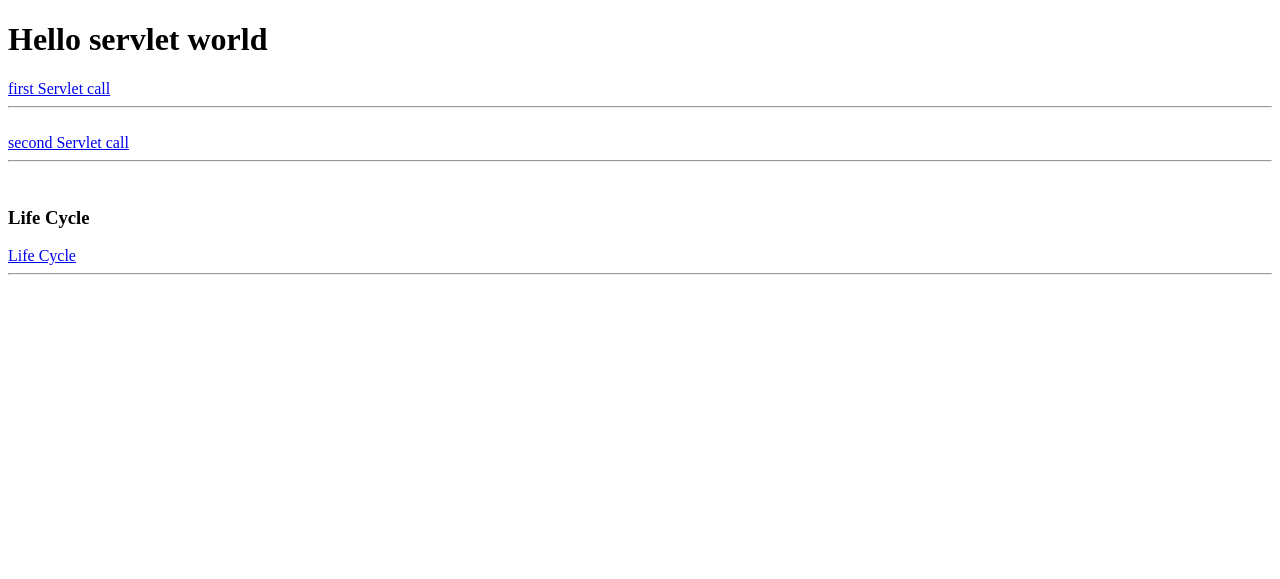
Repository: pcc767/khSchool
Page: dev-source_Servlet/01_ServletBasic/src/main/webapp/index.html
An editor plug-in stored every save of this project. The page is shown before and after the next save, followed by the edit.
The browser window is 1280 px wide. The pictures show the whole page.

Above is the page before, as saved 2022-07-11 11:15:41.

### dev-source_Servlet/01_ServletBasic/src/main/webapp/index.html
<!DOCTYPE html>
<html>
<head>
<meta charset="UTF-8">
<title>Insert title here</title>
</head>
<body>
	<h1>Hello servlet world</h1>

	<a href="first.do">first Servlet call</a>
	<hr><br>
	<a href="second.do">second Servlet call</a>
	<hr><br>

	<h3>Life Cycle</h3>
	<a href="life.do">Life Cycle</a>
	<hr><br>

</body>
</html>

After the next save:
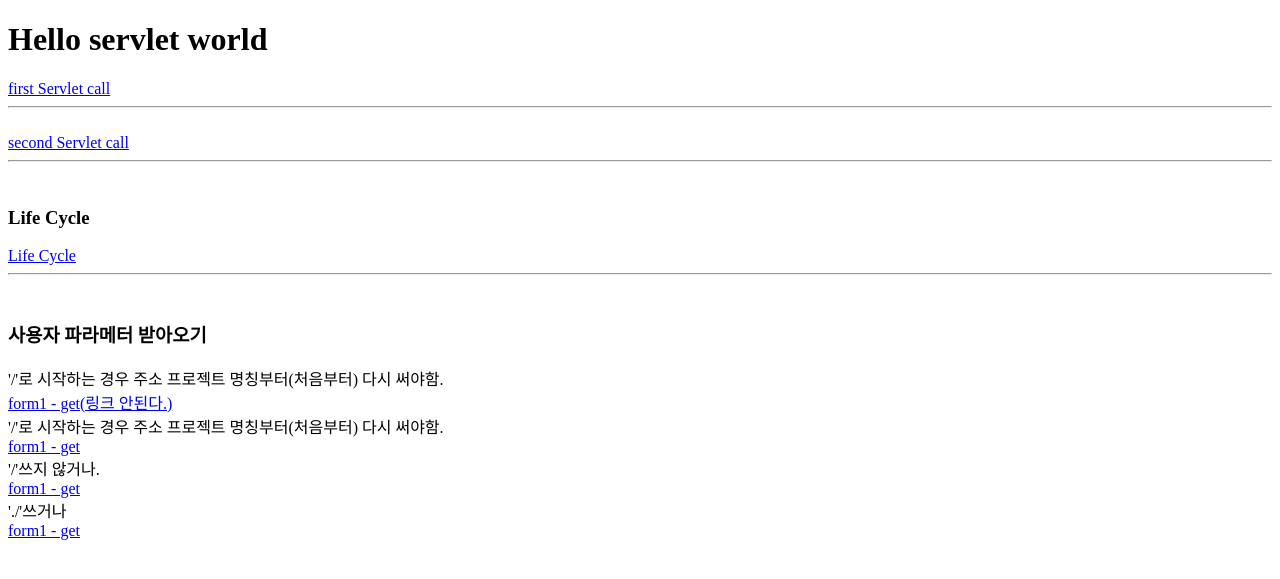
Saved 5 min 44 s later.
--- a/dev-source_Servlet/01_ServletBasic/src/main/webapp/index.html
+++ b/dev-source_Servlet/01_ServletBasic/src/main/webapp/index.html
@@ -16,5 +16,18 @@
 	<a href="life.do">Life Cycle</a>
 	<hr><br>
 
+	<h3>사용자 파라메터 받아오기</h3>
+	<div>'/'로 시작하는 경우 주소 프로젝트 명칭부터(처음부터) 다시 써야함.</div>
+	<a href="/views/userForm.html">form1 - get(링크 안된다.)</a>
+	<br>
+	<div>'/'로 시작하는 경우 주소 프로젝트 명칭부터(처음부터) 다시 써야함.</div>
+	<a href="/01_ServletBasic/views/userForm.html">form1 - get</a>
+	<br>
+	<div>'/'쓰지 않거나.</div>
+	<a href="views/userForm.html">form1 - get</a>
+	<div>'./'쓰거나</div>
+	<a href="./views/userForm.html">form1 - get</a>
+
+
 </body>
 </html>
